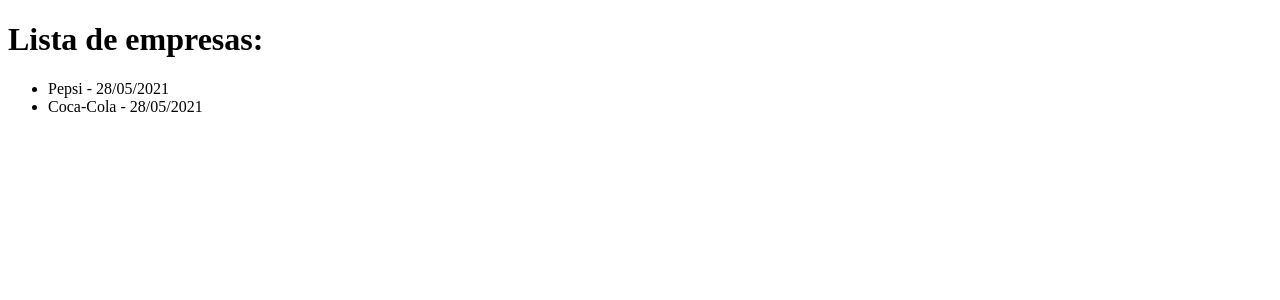
Repository: scaziti/java-spring
Page: http://localhost/gerenciador/listaEmpresas
These files come from the project's save history. The page is drawn as it stood at one moment and after the next save; the edit follows.
The browser window is 1280 px wide. The pictures show the whole page.
The page is served by Tomcat 9. Other server files are loaded and not shown.

Above is the page before, as saved 2021-06-02 13:27:32.

### gerenciador/WebContent/listaEmpresas.jsp
<%@ page language="java" contentType="text/html; charset=ISO-8859-1"
    pageEncoding="ISO-8859-1"%>

<%@ page import="java.util.List, br.com.alura.gerenciador.servlet.Empresa" %>
<%@ taglib uri="http://java.sun.com/jsp/jstl/core" prefix="c"%>
<%@ taglib uri="http://java.sun.com/jsp/jstl/fmt" prefix="fmt"%>
<!DOCTYPE html>
<html>
<head>
	<meta charset="ISO-8859-1">
	<title>Java Standard Tag Library </title>
</head>
<body>
	<h1>Lista de empresas: </h1>

	<ul>
		<c:forEach items="${empresas}" var="empresa">

			<li> ${empresa.nome} - <fmt:formatDate value="${empresa.dataAbertura}" pattern="dd/MM/yyyy"/></li>
		</c:forEach>
	</ul>

<body>
</html>

### gerenciador/src/br/com/alura/gerenciador/servlet/ListaEmpresasServlet.java
package br.com.alura.gerenciador.servlet;

import java.io.IOException;
import java.io.PrintWriter;
import java.util.List;

import javax.servlet.RequestDispatcher;
import javax.servlet.ServletException;
import javax.servlet.annotation.WebServlet;
import javax.servlet.http.HttpServlet;
import javax.servlet.http.HttpServletRequest;
import javax.servlet.http.HttpServletResponse;

@WebServlet("/listaEmpresas")
public class ListaEmpresasServlet extends HttpServlet {
	private static final long serialVersionUID = 1L;

	protected void doGet(HttpServletRequest request, HttpServletResponse response)
			throws ServletException, IOException {

		Banco banco = new Banco();
		List<Empresa> lista = banco.getEmpresas();

		request.setAttribute("empresas", lista);
		RequestDispatcher rd = request.getRequestDispatcher("/listaEmpresas.jsp");
		rd.forward(request, response);
	}

}

### gerenciador/src/br/com/alura/gerenciador/servlet/Banco.java
package br.com.alura.gerenciador.servlet;

import java.util.ArrayList;
import java.util.List;

public class Banco {

	private static List<Empresa> lista = new ArrayList<>();

	static {
		Empresa empresa = new Empresa();
		empresa.setNome("Pepsi");

		Empresa empresa2 = new Empresa();
		empresa2.setNome("Coca-Cola");

		lista.add(empresa);
		lista.add(empresa2);
	}

	public void adiciona(Empresa empresa) {
		lista.add(empresa);
	}

	public List<Empresa> getEmpresas(){
		return Banco.lista;
	}

}

### gerenciador/src/br/com/alura/gerenciador/servlet/Empresa.java
package br.com.alura.gerenciador.servlet;

import java.util.Date;

public class Empresa {

	private Integer id;
	private String nome;
	private Date dataAbertura = new Date();


	public Integer  getId() {
		return id;
	}
	public void setId(Integer  id) {
		this.id = id;
	}
	public String getNome() {
		return nome;
	}
	public void setNome(String nome) {
		this.nome = nome;
	}

	public Date getDataAbertura() {
		return dataAbertura;
	}

	public void setDataAbertura(Date dataAbertura) {
		this.dataAbertura = dataAbertura;
	}
}

After the next save:
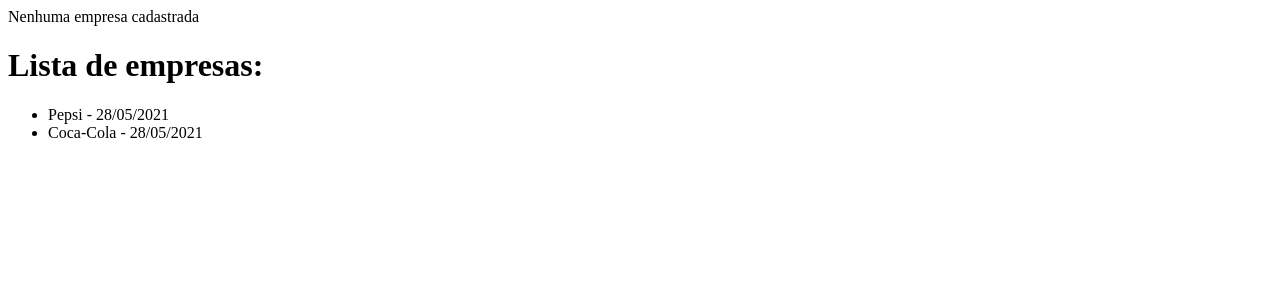
Saved 40 min 23 s later.
--- a/gerenciador/WebContent/listaEmpresas.jsp
+++ b/gerenciador/WebContent/listaEmpresas.jsp
@@ -1,24 +1,30 @@
-<%@ page language="java" contentType="text/html; charset=ISO-8859-1"
-    pageEncoding="ISO-8859-1"%>
+<%@ page language="java" contentType="text/html; charset=ISO-8859-1" pageEncoding="ISO-8859-1"%>
 
-<%@ page import="java.util.List, br.com.alura.gerenciador.servlet.Empresa" %>
+<%@ page import="java.util.List, br.com.alura.gerenciador.servlet.Empresa"%>
 <%@ taglib uri="http://java.sun.com/jsp/jstl/core" prefix="c"%>
 <%@ taglib uri="http://java.sun.com/jsp/jstl/fmt" prefix="fmt"%>
+
 <!DOCTYPE html>
 <html>
 <head>
-	<meta charset="ISO-8859-1">
-	<title>Java Standard Tag Library </title>
+<meta charset="ISO-8859-1">
+<title>Java Standard Tag Library</title>
 </head>
 <body>
-	<h1>Lista de empresas: </h1>
+	<c:if test="${not empty empresa}">
+		Empresa ${ empresa } cadastrada com sucesso!
+	</c:if>
+	<c:if test="${empty empresa}">
+		Nenhuma empresa cadastrada
+	</c:if>
+	<h1>Lista de empresas:</h1>
 
 	<ul>
 		<c:forEach items="${empresas}" var="empresa">
 
-			<li> ${empresa.nome} - <fmt:formatDate value="${empresa.dataAbertura}" pattern="dd/MM/yyyy"/></li>
+			<li>${empresa.nome} - <fmt:formatDate
+					value="${empresa.dataAbertura}" pattern="dd/MM/yyyy" /></li>
 		</c:forEach>
 	</ul>
-
 <body>
 </html>
